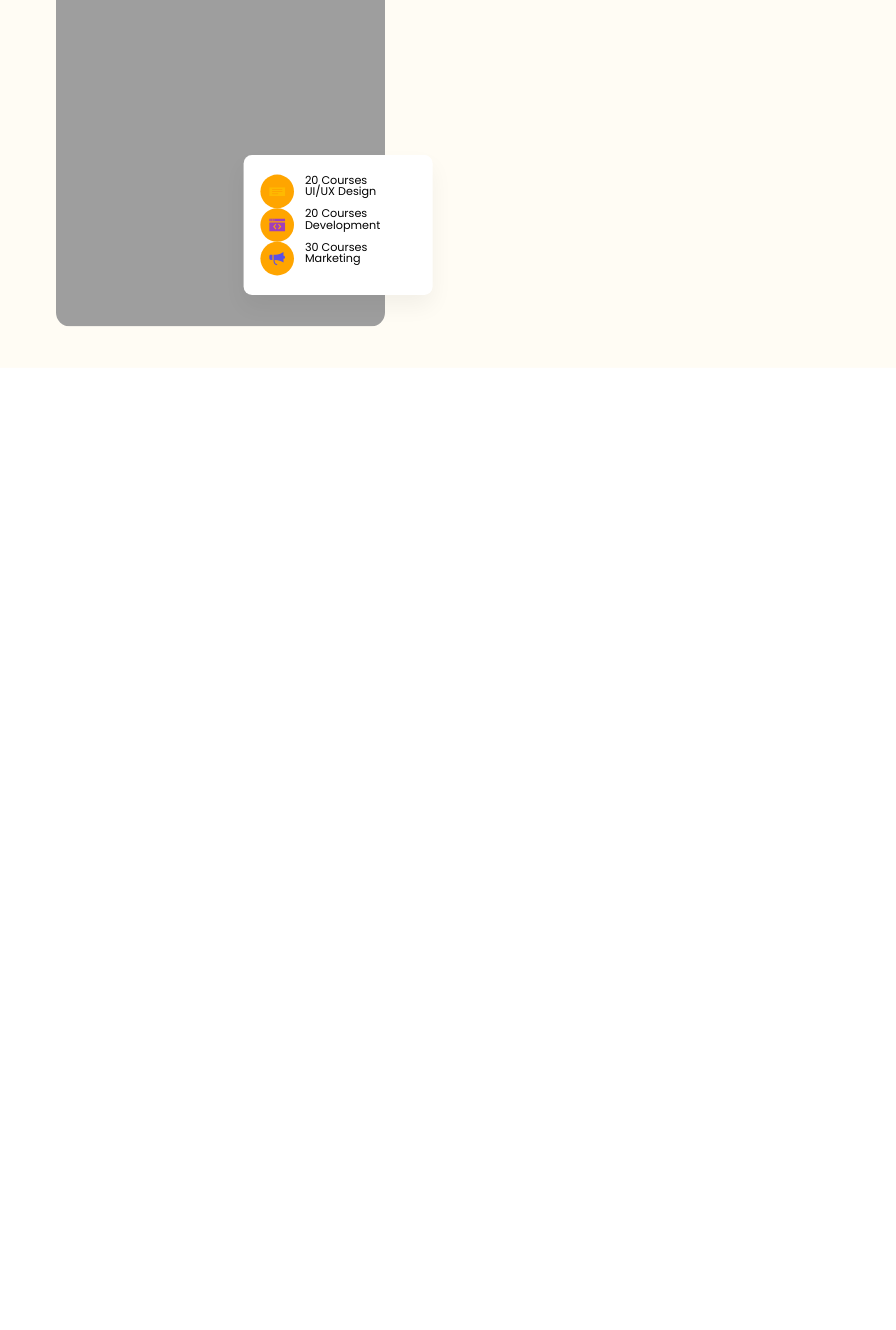
Repository: dovanlanh/f8-project-02
Page: index.html
An editor plug-in stored every save of this project. The page is shown before and after the next save, followed by the edit.
The browser window is 1280 px wide. The pictures show the part of the page from y = 369 to 2269 px (the page is 10000 px tall), at 70% of full size.
Pictures or frames that could not be fetched are drawn as grey boxes.

Above is the page before, as saved 2023-02-05 10:43:23.

### index.html
<!DOCTYPE html>
<html lang="en">
<head>
    <meta charset="UTF-8">
    <meta http-equiv="X-UA-Compatible" content="IE=edge">
    <meta name="viewport" content="width=device-width, initial-scale=1.0">
    <title>F8 Project 02</title>
    <!-- reset css -->
    <link rel="stylesheet" href="./assets/css/reset.css">
    <!-- embed fonts -->
    <link rel="preconnect" href="https://fonts.googleapis.com">
    <link rel="preconnect" href="https://fonts.gstatic.com" crossorigin>
    <link href="https://fonts.googleapis.com/css2?family=Poppins:ital,wght@0,400;0,500;0,600;0,700;1,400&family=Sen:wght@700&display=swap" rel="stylesheet">
    <!-- style -->
    <link rel="stylesheet" href="./assets/css/styles.css">
</head>
<body>
    <main style=" height: 10000px">
        <!-- header  -->
        <header class="header fixed">
            <div class="main-content">
                    <div class="body">
                        <!-- logo -->
                        <img src="./assets/img/Lesson.svg" alt="Lesson" class="Logo">
                        <!-- nav -->
                        <nav class="nav">
                            <ul>
                                <li class="active">
                                    <a href="#!">Home</a>
                                </li>
                                <li>
                                    <a href="#!">Courses</a>
                                </li>
                                <li>
                                    <a href="#!">Pricing</a>
                                </li>
                                <li>
                                    <a href="#!">Reviews</a>
                                </li>
                            </ul>
                        </nav>
                        <!-- active -->
                        <div class="action">
                            <a href="#!" class="btn sign-up-btn">Sign Up</a>
                        </div>
                    </div>
            </div>
        </header>
        <!-- Hero -->
        <div class="hero">
            <div class="main-content">
                <div class="body">
                    <!-- Hero left -->
                    <div class="media-block">
                        <img src="./assets/img/guy-lesson.svg" alt="" class="img">
                        <div class="hero-summary">
                            <div class="item">
                                <div class="icon">
                                    <img src="./assets/img/list-icon1.svg" alt="">
                                </div>
                                <div class="info">
                                    <p class="label">20 Courses</p>
                                    <p class="tittle">UI/UX Design</p>
                                </div>
                            </div>
                            <div class="item">
                                <div class="icon">
                                    <img src="./assets/img/list-icon2.svg" alt="">
                                </div>
                                <div class="info">
                                    <p class="label">20 Courses</p>
                                    <p class="tittle">Development</p>
                                </div>
                            </div>
                            <div class="item">
                                <div class="icon">
                                    <img src="./assets/img/list-icon3.svg" alt="">
                                </div>
                                <div class="info">
                                    <p class="label">30 Courses</p>
                                    <p class="tittle">Marketing</p>
                                </div>
                            </div>
                        </div>
                    </div>
                    <!-- hero-right -->
                    <div class="content-block">
                        <h1 class="heading-1v1">Learn without limits and spread knowledge.</h1>
                        <p class="desc">
                            Build new skills for that “this is my year” feeling with courses, certificates, and degrees from world-class universities and companies.
                        </p>
                            <div class="cta-group">
                                <a href="#!" class="btn hero-cta">See Courses</a>
                                <button class="watch-video">
                                    <div class="icon">
                                        <img src="./assets/img/icon-watch-video.svg" alt="">
                                    </div>
                                    <span>Watch Video</span>
                                </button>
                            </div>
                        <p class="desc">Recent engagement</p>
                        <div class="desc stats">
                            <strong>50K</strong>Students
                            <strong>70+</strong>Courses
                        </div>
                    </div>
                </div>
            </div>
        </div>

    </main>
</body>
</html>

### assets/css/styles.css
* {
    box-sizing: border-box;
}

html,
body {
    scroll-behavior: smooth;
    font-size: 62.5%;
}

html {
    font-size: 62.5%;
}

body {
    font-size: 1.6rem;
    font-family: 'Poppins', sans-serif;
}

/* common */
a {
    text-decoration: none;
}
.main-content {
    width: 1170px;
    max-width: calc(100% - 48px);
    margin-left: auto;
    margin-right: auto;
}
.btn {
    min-width: 118px;
    display: inline-block;
    padding: 0 16px;
    align-items: center;
    line-height: 50px;
    font-weight: 600;
    font-size: 1.6rem;
    text-align: center;
    color: #FFFFFF;
    background: #171100;
    border-radius: 24.5px;
}
/* header */
.header {
    background:#FFFCF4;
}
.header.fixed {
    position: sticky;
    top: -32px;
}
.header .body {
    display: flex;
    align-items: center;
    padding: 36px 0 8px;
}
.nav ul {
    display: flex;
}

.nav {
    margin-left: auto;
}
.nav a {
    position: relative;
    padding: 8px 21px;
    font-weight: 400;
    font-size: 1.6rem;
    color: #5F5B53;
}
.nav a:hover,
.nav li.active a {
    text-shadow: 1px 0 0 currentColor;
    color: #171100;
}
.nav li.active a::after {
    left: 21px;
    bottom: 6px;
    display: block;
    content: "";
    position: absolute;
    width: 12px;
    height: 2px;
    background: #171100;
    border-radius: 1px;
}
.header .sign-up-btn {
    min-width: 144px;
}
.header .action {
    margin-left: 49px;
}

/* hero */
.hero {
    padding: 56px;
    background:#FFFCF4;
}
.hero .body {
    display: flex;
}
.hero .media-block {
    width: 48%;
    position: relative;
}
.hero .content-block {
    width: 52%;
}
.hero .media-block .img {
    width: 470px;
    height: 685px;
    object-fit: cover;
    border-radius: 20px;
}
.hero .media-block .hero-summary {
    position: absolute;
    right: 0;
    bottom: 48px;
}
.hero .hero-summary {
    width: 270px;
    padding: 28px 24px;
    background: #FFFFFF;
    box-shadow: 0px 16px 32px rgba(0, 0, 0, 0.05);
    border-radius: 12px;
}
.hero-summary .item {
    display: flex;
}
.hero-summary .icon {
    width: 48px;
    height: 48px;
    border-radius: 50%;
    display: flex;
    align-items: center;
    justify-content: center;
    /* background: #FFF9E8; */
    background: orange;
}
.hero-summary .info {
    margin-left: 16px;
}

Loaded but not shown: assets/css/reset.css (common file)

After the next save:
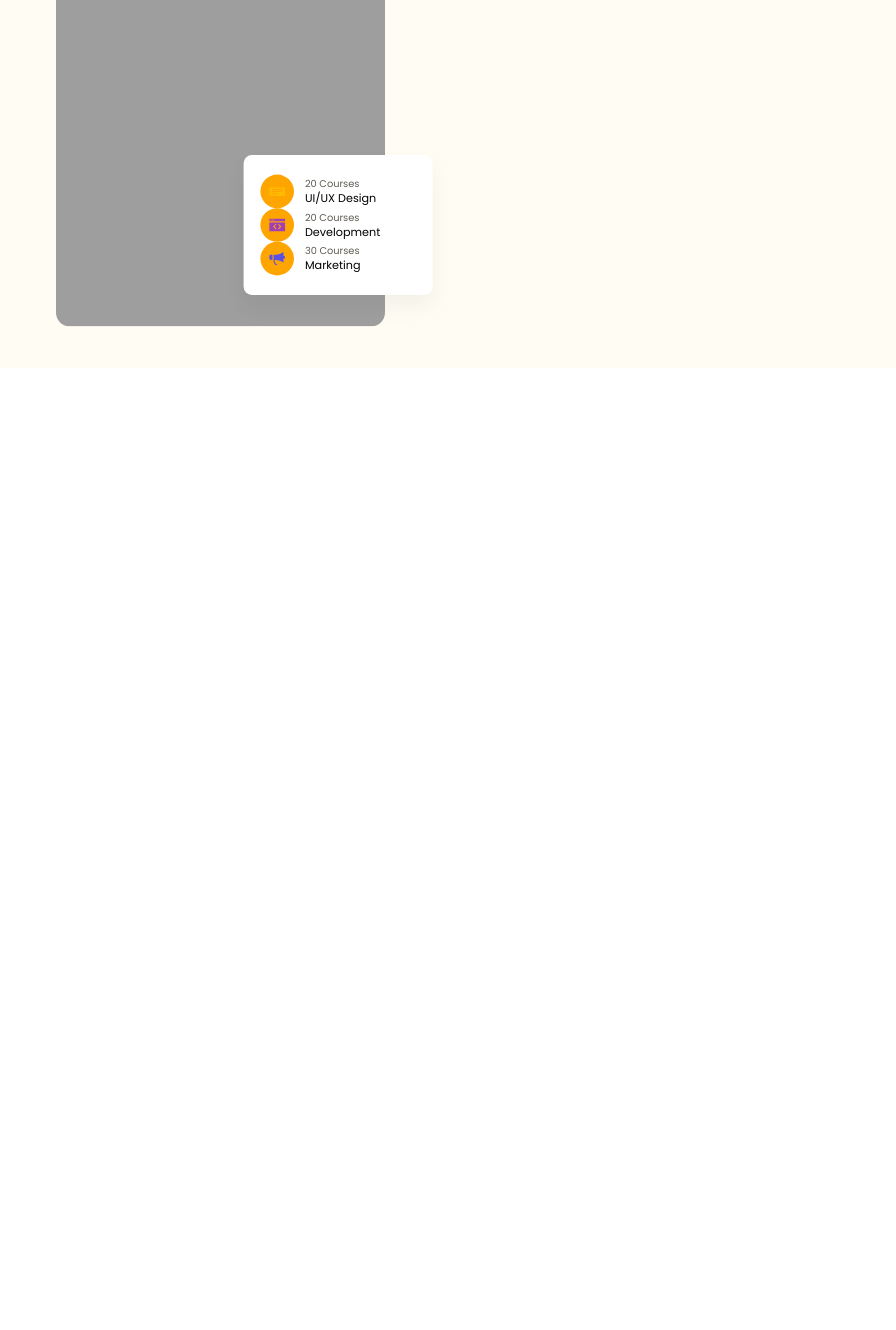
Saved 3 min 25 s later.
--- a/assets/css/styles.css
+++ b/assets/css/styles.css
@@ -139,3 +139,9 @@ a {
 .hero-summary .info {
     margin-left: 16px;
 }
+.hero-summary .label {
+    font-weight: 400;
+    font-size: 1.4rem;
+    line-height: 1.86;
+    color: #5F5B53;
+}
